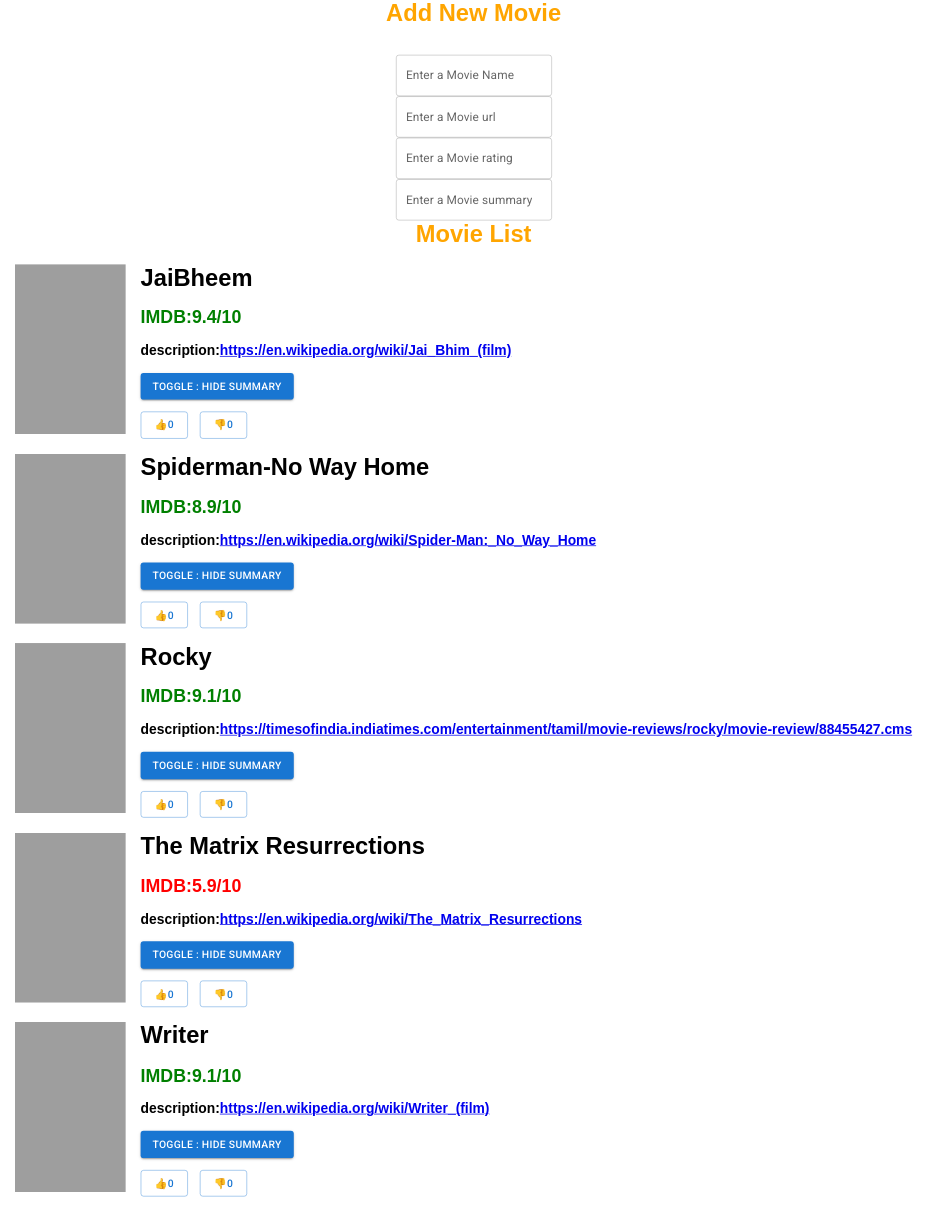
Repository: baladhinesh18/first-app
Page: /
An editor plug-in stored every save of this project. The page is shown before and after the next save, followed by the edit.
The browser window is 1280 px wide. The pictures show the whole page, at 74% of full size.
Pictures or frames that could not be fetched are drawn as grey boxes. The project was rebuilt for these pictures with package versions that can differ from the ones it lists, and the page was loaded fresh each time.

Above is the page before, as saved 2022-01-07 14:34:04.

After the next save:
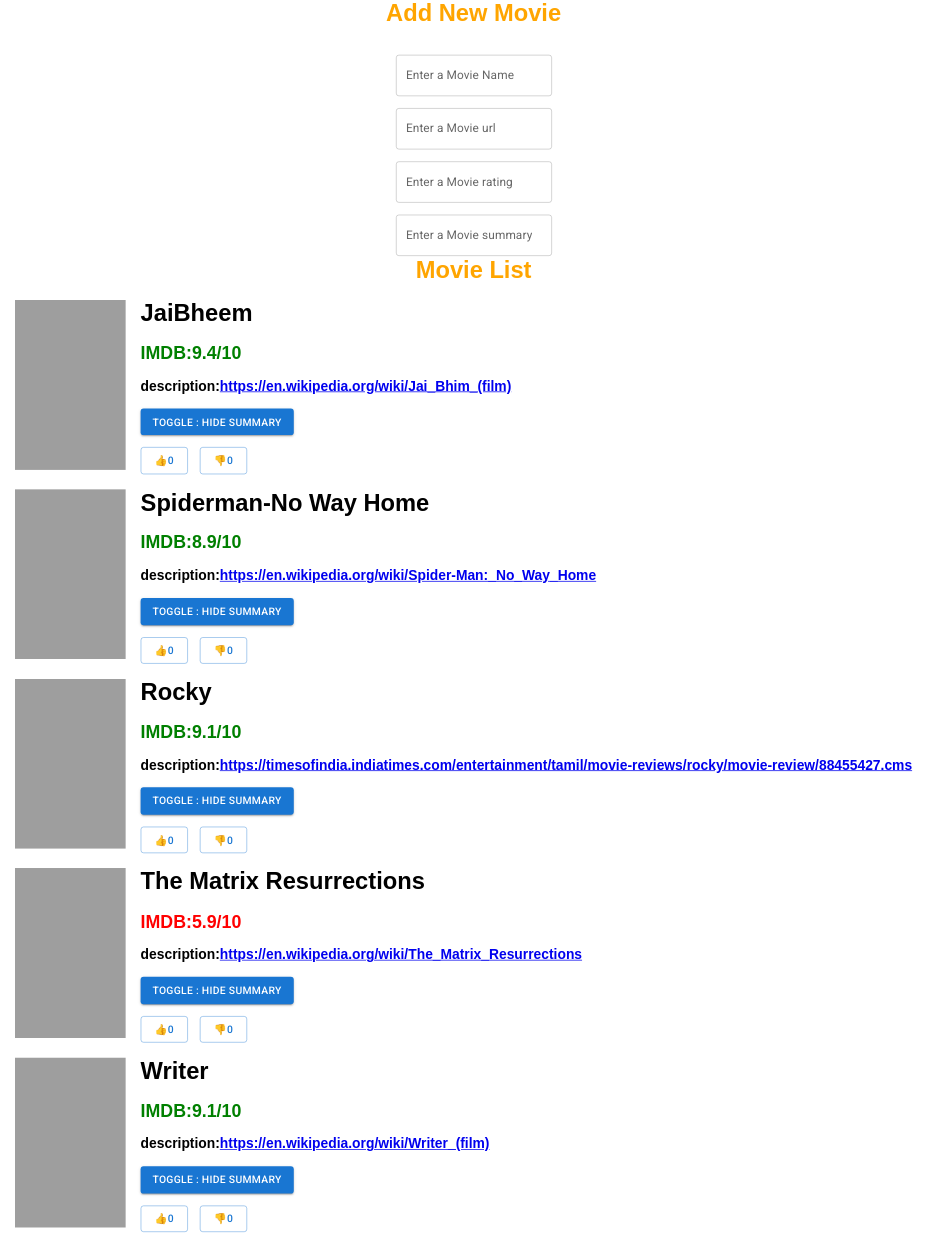
Saved 26 s later.
--- a/src/App.js
+++ b/src/App.js
@@ -46,9 +46,9 @@
     <h1 className="lor">Add New Movie</h1>
       <div  className="btn">
       <TextField id="outlined-basic" label="Enter a Movie Name" variant="outlined" style={{margin:'1rem 0 0 0'}} />
-      <TextField id="outlined-basic" label="Enter a Movie url" variant="outlined" className="bncs" />
-      <TextField id="outlined-basic" label="Enter a Movie rating" variant="outlined" className="bncs"/>
-      <TextField id="outlined-basic" label="Enter a Movie summary" variant="outlined" className="bncs" />
+      <TextField id="outlined-basic" label="Enter a Movie url" variant="outlined" style={{margin:'1rem 0 0 0'}} />
+      <TextField id="outlined-basic" label="Enter a Movie rating" variant="outlined" style={{margin:'1rem 0 0 0'}}/>
+      <TextField id="outlined-basic" label="Enter a Movie summary" variant="outlined" style={{margin:'1rem 0 0 0'}} />
       {/* <Counter/> */}
       </div>
      <h1 className="lor">Movie List</h1>
